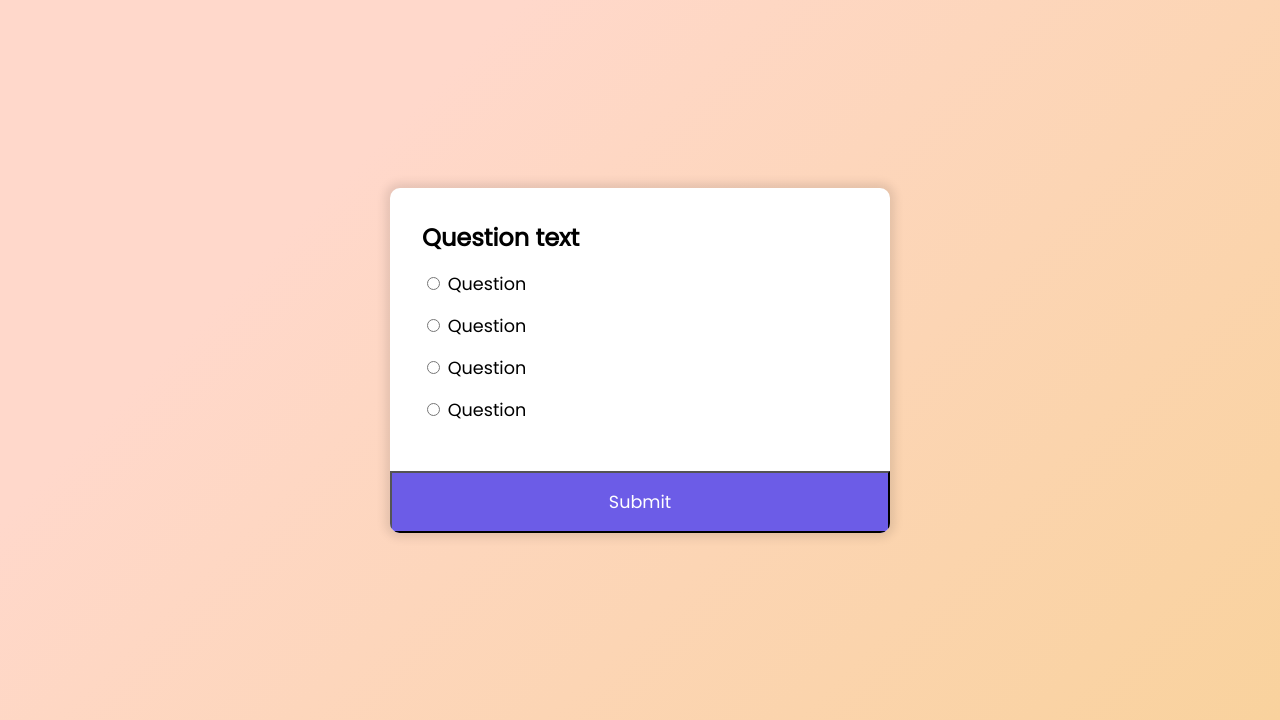
Repository: PratypartyY2K/JavaScript-Projects
Page: Quiz-App/index.html
The author's editor kept a copy of each file at every save. The page is drawn from the files as they stood at one save, then again after the next save.
The browser window is 1280 px wide. The pictures show the whole page.

Above is the page before, as saved 2021-07-04 11:11:14.
Console error: TypeError: document.getElementsById is not a function

After the next save:
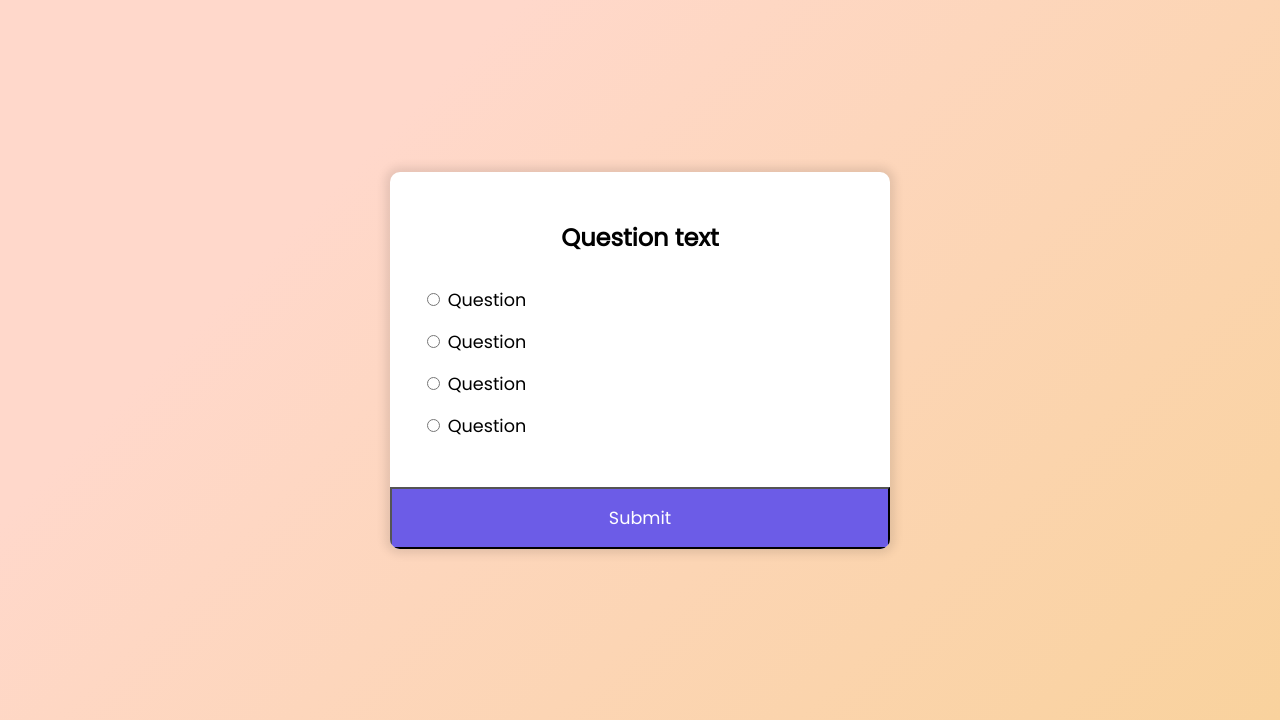
Saved 39 s later.
--- a/Quiz-App/styles.css
+++ b/Quiz-App/styles.css
@@ -30,6 +30,8 @@ body {
 
 h2 {
     margin: 0;
+    text-align: center;
+    padding: 1rem;
 }
 
 ul {
